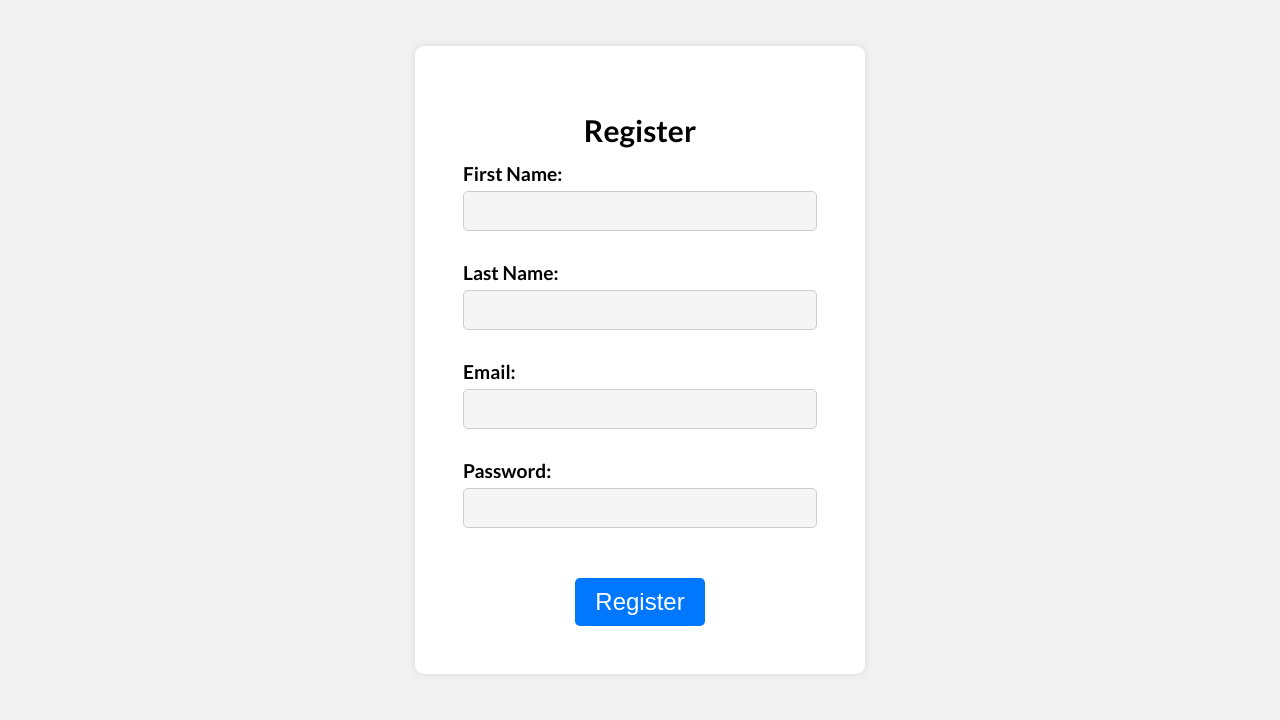
Repository: DannyMyles/iGammer
Page: /registration
The author's editor kept a copy of each file at every save. The page is drawn from the files as they stood at one save, then again after the next save.
The browser window is 1280 px wide. The pictures show the whole page.
The project was rebuilt for these pictures with package versions that can differ from the ones it lists, and the page was loaded fresh each time. Also part of the build but not shown: src/components/footer/footer.css, src/components/footer/Footer.tsx, src/components/navbar/navbar.css, src/components/navbar/Navbar.tsx, src/pages/games/games.css, src/pages/games/Games.tsx, src/pages/home/home.css, src/pages/home/Home.tsx and 3 more.

Above is the page before, as saved 2023-03-16 11:54:15.

After the next save:
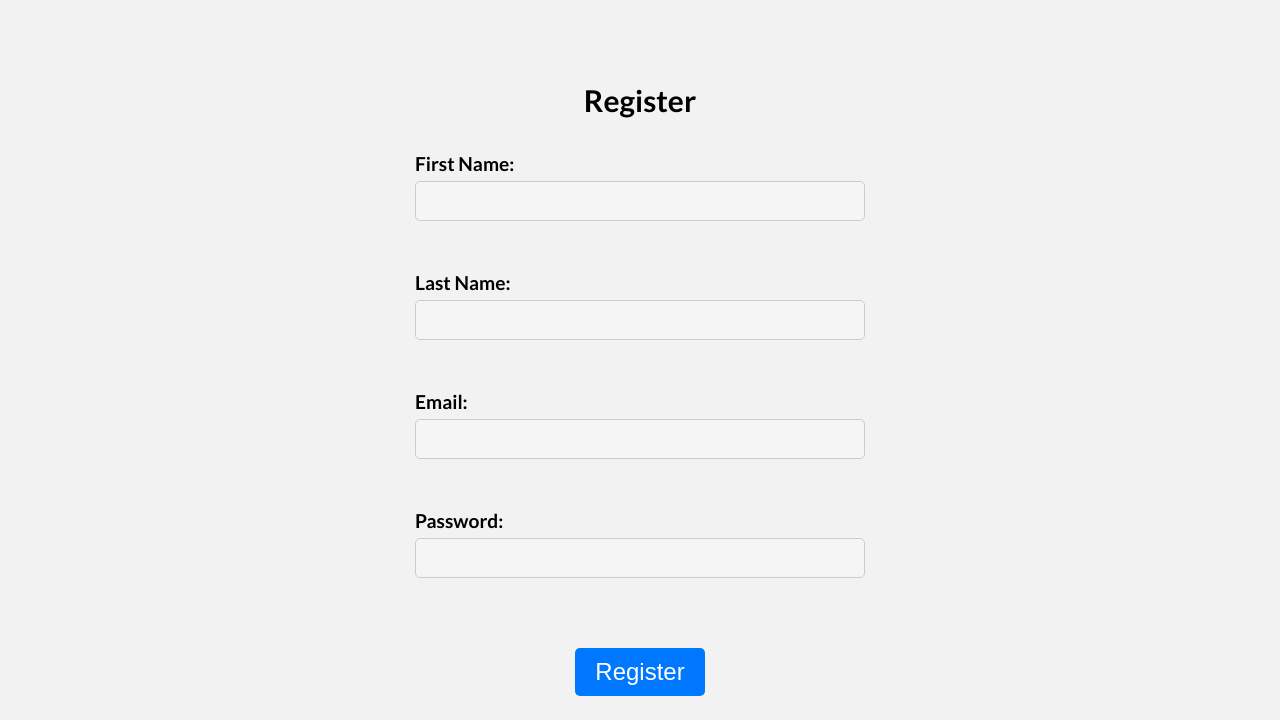
Saved 66 s later.
--- a/src/pages/login/login.css
+++ b/src/pages/login/login.css
@@ -11,13 +11,9 @@
   }
   form {
     display: flex;
-    flex-direction: column;
-    text-align: left;
-    width: 400px;
-    padding: 3rem;
-    background-color: white;
-    border-radius:.6rem;
-    box-shadow: 0px 0px 10px rgba(0, 0, 0, 0.1);
+  flex-direction: column;
+  gap: 20px;
+  margin-top: 40px;
 }
 
   label {
